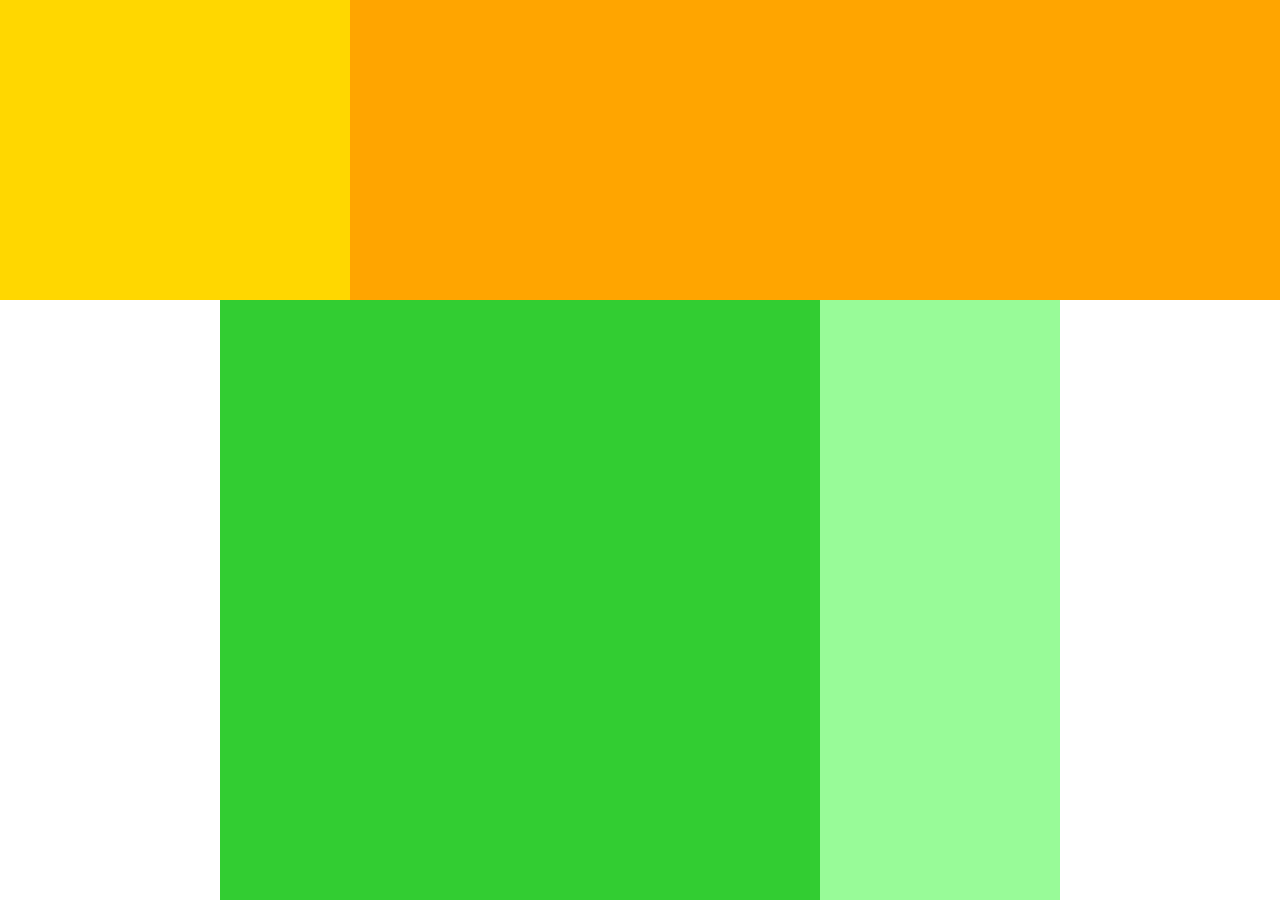
Repository: Hirotaka-DWC/dmm_webcamp_task_1
Page: caravan/index.html
The author's editor kept a record of every edit. The page is drawn from the files as they stood at one moment, then again after the next edit.
The browser window is 1280 px wide. The pictures show the whole page.

Above is the page before.

After the next edit:
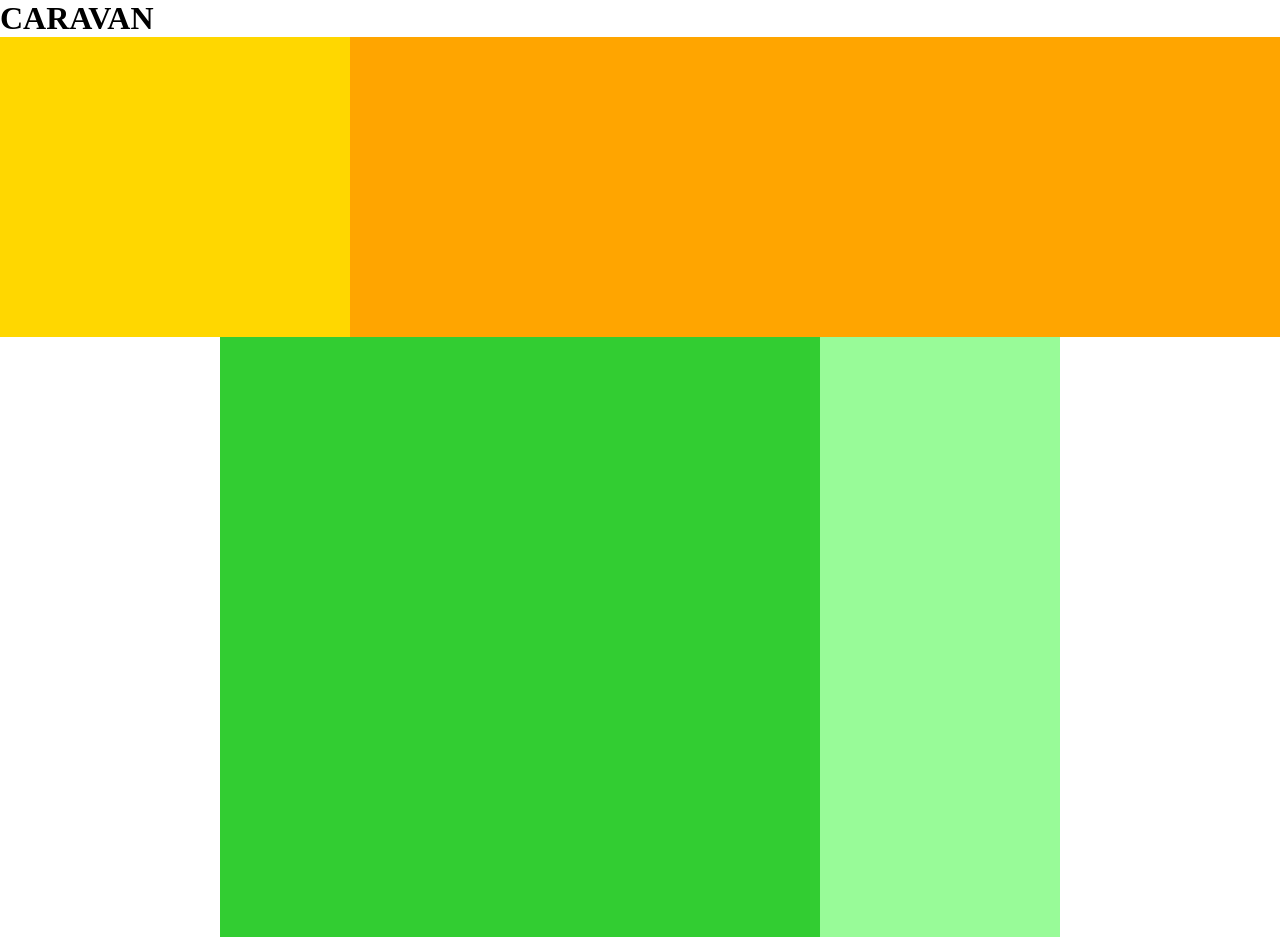
The edit:
--- a/caravan/index.html
+++ b/caravan/index.html
@@ -8,7 +8,12 @@
   </head>
 
   <body>
-    </div>
+    <!-- header -->
+    <header>
+      <h1 class="heading">
+        CARAVAN
+      </h1>
+    </header>
     <div class="main-visual">
       <div class="main-visual-content"></div>
     </div>
